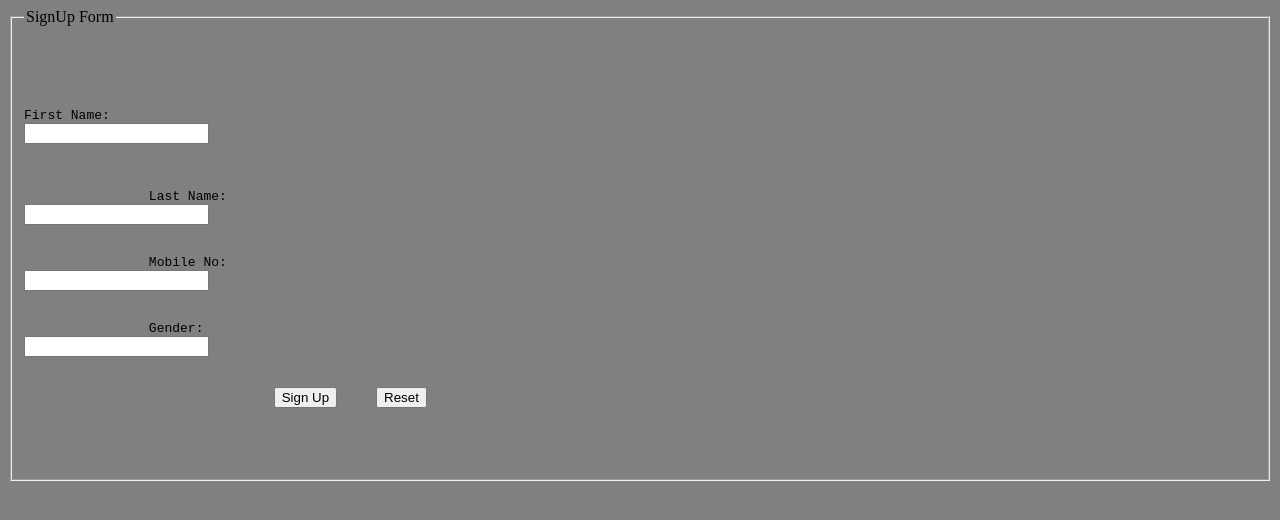
Repository: USChaurasiya/SpringCore
Page: http://localhost/SpringExample/
The author's editor kept a copy of each file at every save. The page is drawn from the files as they stood at one save, then again after the next save.
The browser window is 1280 px wide. The pictures show the whole page.
The page is served by Tomcat 9.

Above is the page before, as saved 2017-02-14 07:42:08.

After the next save:
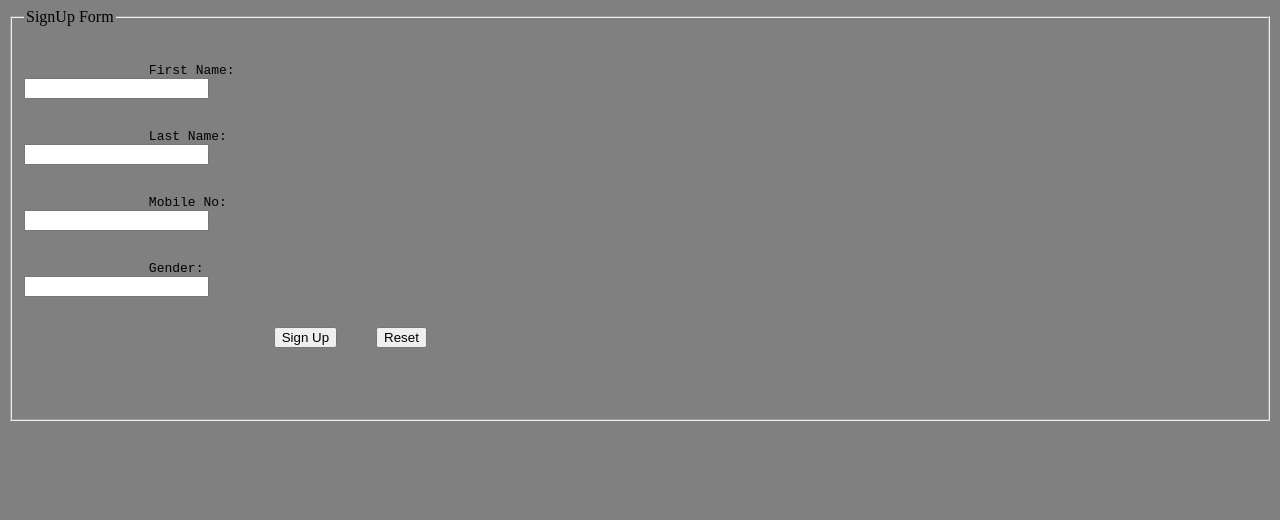
Saved 20 s later.
--- a/SpringExample/WebContent/Signup.jsp
+++ b/SpringExample/WebContent/Signup.jsp
@@ -13,9 +13,7 @@
 	<fieldset>
 		<legend >SignUp Form</legend>
 		      <pre>
-                <div>
-					<div>First Name: </div><input type="text" name="fname"></div>
-					</div>
+                <span>First Name: </span> <div><input type="text" name="fname"></div>
 
                 <span>Last Name: </span> <div><input type="text" name="lname"></div>
 
